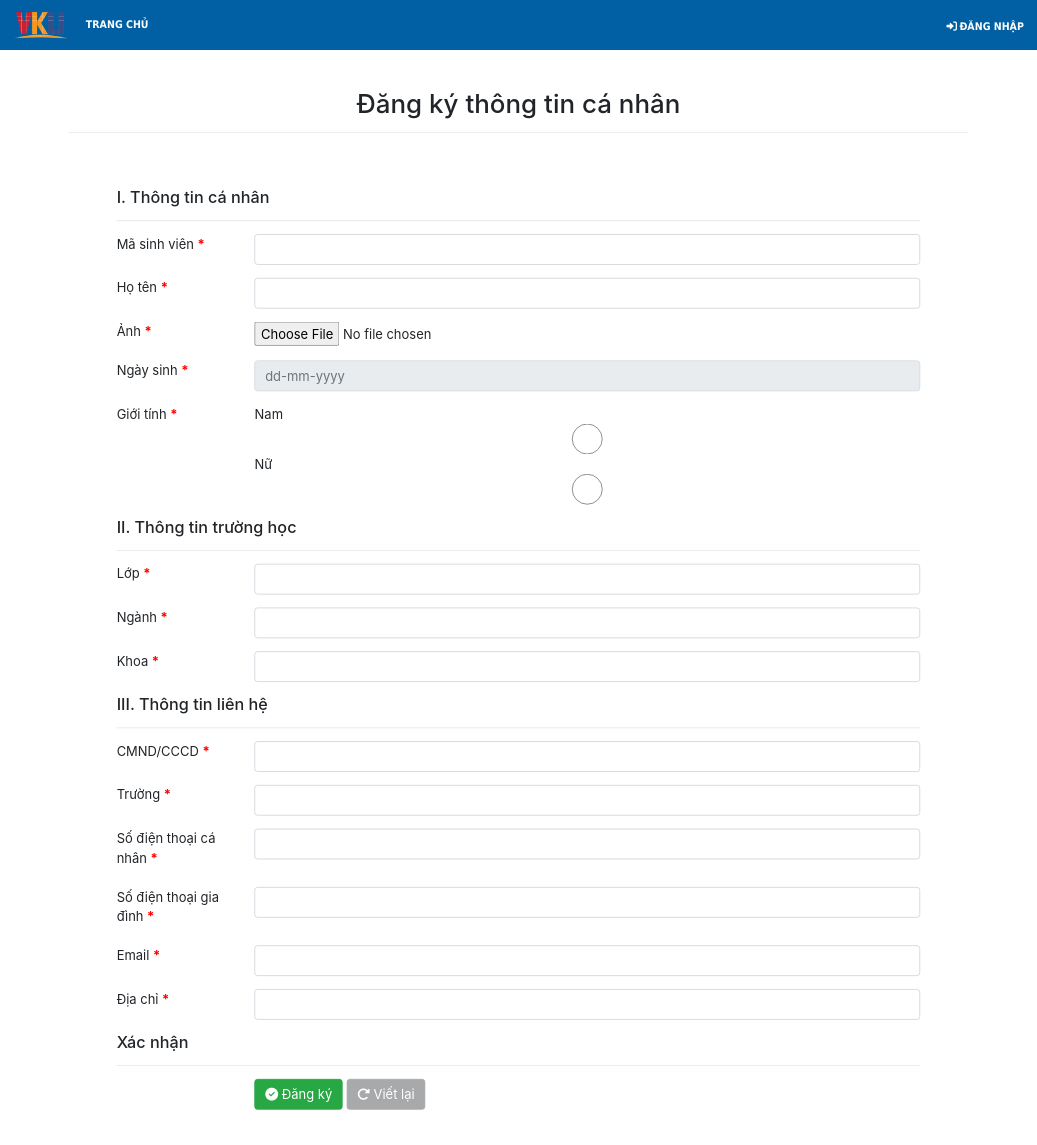
Repository: nguyenmanhtruongdat/javaServletFinalEx
Page: http://localhost/test/register-infor-student.jsp
An editor plug-in stored every save of this project. The page is shown before and after the next save, followed by the edit.
The browser window is 1280 px wide. The pictures show the whole page, at 81% of full size.
Some web libraries are served in a nearby version. The page is served by Tomcat 9. Other server files are loaded and not shown.

Above is the page before, as saved 2022-07-06 14:18:27.

### vku/ktx/test/src/main/webapp/register-infor-student.jsp
<%@ page language="java" contentType="text/html; charset=UTF-8"
	pageEncoding="UTF-8"%>
<%@ taglib prefix="c" uri="http://java.sun.com/jsp/jstl/core"%>
<%@ page contentType="text/html; charset=UTF-8"%>
<!DOCTYPE html>
<html>
<head>
<link rel="stylesheet"
	href="https://stackpath.bootstrapcdn.com/bootstrap/4.3.1/css/bootstrap.min.css" />
<link rel="stylesheet"
	href="https://cdnjs.cloudflare.com/ajax/libs/font-awesome/6.1.1/css/all.min.css" />
<link rel="icon" type="image/x-icon" href="./favicons/favicon.ico">
<link rel="./faviconsapple-touch-icon" sizes="180x180"
	href="./favicons/apple-touch-icon.png">
<link rel="icon" type="image/png" sizes="32x32"
	href="./favicons/favicon-32x32.png">
<link rel="icon" type="image/png" sizes="16x16"
	href="./favicons/favicon-16x16.png">
<link rel="stylesheet" href="css/style.css" />
<title>Đăng ký thông tin cá nhân</title>
<link rel="stylesheet"
	href="https://code.jquery.com/ui/1.12.1/themes/base/jquery-ui.css" />
<style>
.btn-default {
	color: #ffffff;
	background-color: #a7a9aa;
	border-color: #a7a9aa;
}
</style>
<script src="https://code.jquery.com/jquery-1.12.4.js"></script>
<script src="https://code.jquery.com/ui/1.12.1/jquery-ui.js"></script>
<script>
      $(function () {
        $("#datepicker").datepicker({
          dateFormat: "dd/mm/yy",
        });
      });
    </script>
</head>
<body>
	<!-- nav starts  -->

	<nav class="navbar navbar-expand-lg navbar-light sticky-top"
		style="background-color: rgb(1, 95, 163)">
		<a class="navbar-brand" href="index.jsp"><img src="images/vku.png"
			alt="" width="66px" height="35px" /></a>
		<button class="navbar-toggler" type="button" data-toggle="collapse"
			data-target="#navbarColor03" aria-controls="navbarColor03"
			aria-expanded="false" aria-label="Toggle navigation">
			<span class="navbar-toggler-icon"></span>
		</button>

		<div class="collapse navbar-collapse" id="navbarColor03">
			<ul class="navbar-nav mr-auto">
				<li class="nav-item"><a class="nav-link" href="index.jsp">Trang
						chủ</a></li>
				<c:if test="${sessionScope.acc.isUser==1}">
					<li class="nav-item dropdown"><a
						class="nav-link dropdown-toggle" data-toggle="dropdown" href="#"
						role="button" aria-haspopup="true" aria-expanded="false">Đăng
							ký</a>
						<div class="dropdown-menu">
							<a class="dropdown-item" href="register-live.jsp">Đăng ký ở
								nội trú</a> <a class="dropdown-item"
								href="register-infor-student.jsp">Đăng ký thông tin cá nhân</a>
						</div></li>
				</c:if>

				<c:if test="${sessionScope.acc.isAdmin==1}">
					<li class="nav-item dropdown"><a
						class="nav-link dropdown-toggle" data-toggle="dropdown" href="#"
						role="button" aria-haspopup="true" aria-expanded="false">Quản
							lý</a>
						<div class="dropdown-menu">
							<a class="dropdown-item" href="quanlySV">Quản lý sinh viên</a> <a
								class="dropdown-item" href="">Quản lý phòng</a> <a
								class="dropdown-item" href="">Quản lý tài khoản</a>
						</div></li>
				</c:if>

				<c:if test="${sessionScope.acc.isUser==1}">
					<li class="nav-item dropdown"><a
						class="nav-link dropdown-toggle" data-toggle="dropdown" href="#"
						role="button" aria-haspopup="true" aria-expanded="false">Cập
							nhật thông tin</a>
						<div class="dropdown-menu">
							<a class="dropdown-item" href="booktour.jsp">Cập nhật thông
								tin ở nội trụ</a> <a class="dropdown-item" href="bookticket.jsp">Cập
								nhật thông tin các nhân</a>
						</div></li>
				</c:if>

				<c:if test="${sessionScope.acc.isAdmin==1}">
					<li class="nav-item dropdown"><a
						class="nav-link dropdown-toggle" data-toggle="dropdown" href="#"
						role="button" aria-haspopup="true" aria-expanded="false">Thông
							báo</a>
						<div class="dropdown-menu">
							<a class="dropdown-item" href="">Duyệt đăng ký phòng</a> <a
								class="dropdown-item" href="">Liên lạc sinh viên, phụ huynh</a>
							<a class="dropdown-item" href="">Thông báo nộp tiền</a> <a
								class="dropdown-item" href="">Thông báo hết hạn</a>
						</div></li>
				</c:if>

				<c:if test="${sessionScope.acc.isUser==1}">
					<li class="nav-item dropdown"><a
						class="nav-link dropdown-toggle" data-toggle="dropdown" href="#"
						role="button" aria-haspopup="true" aria-expanded="false">Biểu
							mẫu</a>
						<div class="dropdown-menu">
							<a class="dropdown-item" href="booktour.jsp">Đơn đăng ký ở
								nội trú</a> <a class="dropdown-item" href="bookticket.jsp">Hợp
								đồng</a> <a class="dropdown-item" href="bookticket.jsp">Quy định</a>
						</div></li>
				</c:if>

				<c:if test="${sessionScope.acc!=null}">
					<li class="nav-item"><a class="nav-link" href="index.jsp">Xin
							chào ${sessionScope.acc.username} !</a></li>
				</c:if>
			</ul>
			<c:if test="${sessionScope.acc==null}">
				<ul class="nav navbar-nav navbar-right">
					<li><a href="login.jsp"><i
							class="fa-solid fa-right-to-bracket"></i>Đăng nhập</a></li>
				</ul>
			</c:if>
			<c:if test="${sessionScope.acc!=null}">
				<ul class="nav navbar-nav navbar-right">
					<li><a href="logout"><i
							class="fa-solid fa-right-to-bracket"></i>Đăng xuất</a></li>
				</ul>
			</c:if>
		</div>
	</nav>
	<!-- nav end -->

	<div class="center" style="margin: 20 auto; width: 100%">
		<form action="./execSignup" method="post"
			enctype="multipart/form-data">
			<div class="container">
				<div class="text-center mt-5">
					<h2>Đăng ký thông tin cá nhân</h2>
					<hr>
				</div>

				<div class="row">
					<div class="col-lg-12 mx-auto">
						<div class="card mt-2 mx-auto p-4" style="border: none">
							<div class="card-body">
								<div class="container">
									<div class="controls">
										<h5>I. Thông tin cá nhân</h5>
										<hr>
										<div class="row">
											<div class="col-md-2">
												<div class="form-group">
													<label for="masv">Mã sinh viên <span><span>*</span></span>
													</label>
												</div>
											</div>
											<div class="col-md-10">
												<div class="form-group">
													<input type="text" name="masv" class="form-control"
														id="masv" required />
												</div>
											</div>
										</div>
										<div class="row">
											<div class="col-md-2">
												<div class="form-group">
													<label for="hoten">Họ tên <span><span>*</span></span>
													</label>
												</div>
											</div>
											<div class="col-md-10">
												<div class="form-group">
													<input type="text" id="hoten" class="form-control"
														name="hoten" required />
												</div>
											</div>
										</div>
										<div class="row">
											<div class="col-md-2">
												<div class="form-group">
													<label for="img">Ảnh <span><span>*</span></span>
													</label>
												</div>
											</div>
											<div class="col-md-10">
												<div class="form-group">
													<input type="file" id="img" name="img" accept="image/*" />
												</div>
											</div>
										</div>
										<div class="row">
											<div class="col-md-2">
												<div class="form-group">
													<label for="ngaysinh">Ngày sinh <span>*</span>
													</label>
												</div>
											</div>
											<div class="col-md-10">
												<div class="form-group">
													<input type="text" readonly="readonly" name="dob"
														placeholder="dd-mm-yyyy" class="form-control"
														id="datepicker" onclick="datepicker()" />
												</div>
											</div>
										</div>
										<div class="row">
											<div class="col-md-2">
												<div class="form-group">
													<label for="gioitinh">Giới tính <span>*</span>
													</label>
												</div>
											</div>
											<div class="col-md-10">
												<div class="form-group">
														Nam <input type="radio" name="gioitinh" value="1" required="required" class="form-control"
															id="gioitinh">
														Nữ <input type="radio" name="gioitinh" value="0" required="required" class="form-control"
															id="gioitinh">
												</div>
											</div>
										</div>
										<h5>II. Thông tin trường học</h5>
										<hr>
										<div class="row">
											<div class="col-md-2">
												<div class="form-group">
													<label for="lop">Lớp <span>*</span></label>
												</div>
											</div>
											<div class="col-md-10">
												<div class="form-group">
													<input type="text" name="lop" id="lop" class="form-control"
														required="required" />
												</div>
											</div>
										</div>
										<div class="row">
											<div class="col-md-2">
												<div class="form-group">
													<label for="nganh">Ngành <span>*</span></label>
												</div>
											</div>
											<div class="col-md-10">
												<div class="form-group">
													<input type="text" name="nganh" class="form-control"
														id="nganh" required="required" />
												</div>
											</div>
										</div>
										<div class="row">
											<div class="col-md-2">
												<div class="form-group">
													<label for="khoa">Khoa <span>*</span></label>
												</div>
											</div>
											<div class="col-md-10">
												<div class="form-group">
													<input type="text" name="khoa" class="form-control"
														id="khoa" required="required" />
												</div>
											</div>
										</div>
										<h5>III. Thông tin liên hệ</h5>
										<hr>
										<div class="row">
											<div class="col-md-2">
												<div class="form-group">
													<label for="cmnd">CMND/CCCD <span>*</span></label>
												</div>
											</div>
											<div class="col-md-10">
												<div class="form-group">
													<input type="text" name="cmnd" class="form-control"
														id="cmnd" required="required" />
												</div>
											</div>
										</div>
										<div class="row">
											<div class="col-md-2">
												<div class="form-group">
													<label for="truong">Trường <span>*</span></label>
												</div>
											</div>
											<div class="col-md-10">
												<div class="form-group">
													<input type="text" name="truong" class="form-control"
														id="truong" required="required" />
												</div>
											</div>
										</div>
										<div class="row">
											<div class="col-md-2">
												<div class="form-group">
													<label for="sdt">Số điện thoại cá nhân <span>*</span>
													</label>
												</div>
											</div>
											<div class="col-md-10">
												<div class="form-group">
													<input type="text" name="sdtSV" class="form-control"
														id="sdt" required="required" />
												</div>
											</div>
										</div>
										<div class="row">
											<div class="col-md-2">
												<div class="form-group">
													<label for="sdt">Số điện thoại gia đình <span>*</span>
													</label>
												</div>
											</div>
											<div class="col-md-10">
												<div class="form-group">
													<input type="text" name="sdtPH" class="form-control"
														id="sdt" required="required" />
												</div>
											</div>
										</div>
										<div class="row">
											<div class="col-md-2">
												<div class="form-group">
													<label for="email">Email <span>*</span></label>
												</div>
											</div>
											<div class="col-md-10">
												<div class="form-group">
													<input type="email" name="email" class="form-control"
														id="email" required="required" />
												</div>
											</div>
										</div>
										<div class="row">
											<div class="col-md-2">
												<div class="form-group">
													<label for="diachi">Địa chỉ <span>*</span></label>
												</div>
											</div>
											<div class="col-md-10">
												<div class="form-group">
													<input type="text" name="diachi" class="form-control"
														id="diachi" required="required" />
												</div>
											</div>
										</div>
										<h5>Xác nhận</h5>
										<hr>
										<div class="row">
											<div class="col-md-2"></div>
											<div class="col-md-10">
												<button type="submit" class="btn btn-success">
													<i class="fa-solid fa-circle-check"></i> Đăng ký
												</button>
												<button type="reset" class="btn btn-default">
													<i class="fa-solid fa-rotate-right"></i> Viết lại
												</button>
											</div>
										</div>
									</div>
								</div>
							</div>
						</div>
						<!-- /.8 -->
					</div>
					<!-- /.row-->
				</div>
			</div>
		</form>
	</div>
	<script type="text/javascript" src="js/bootstrap.min.js"></script>
</body>
</html>

### vku/ktx/test/src/main/webapp/css/style.css
@import
	url('https://fonts.googleapis.com/css2?family=Permanent+Marker&display=swap')
	;

html {
	scroll-behavior: smooth;
}

.center {
	margin: 0 auto;
	width: 100%;
}

.preloading {
	position: fixed;
	top: 0;
	left: 0;
	width: 100%;
	height: 100%;
	background: #ffffff no-repeat center center !important;
	background-size: 10%;
	z-index: 9999;
	display: flex;
	justify-content: center;
	align-items: center;
}

.divider:after, .divider:before {
	content: "";
	flex: 1;
	height: 1px;
	background: none;
}

p {
	font-size: 20px;
}

input[type=submit] {

}

span {
	color: red !important;
}

span {
	color: red;
	font-weight: bold;
}

.navbar-light .navbar-nav .nav-link, #navbarColor03>ul.nav.navbar-nav.navbar-right>li>a
	{
	color: white;
}

nav ul li a {
	font-family: "bebasneue", Tahoma, Arial, sans-serif !important;
	text-transform: uppercase;
	font-weight: bold;
	font-size: 13px;
}

#navbarColor03>ul.nav.navbar-nav.navbar-right>li>a>i:before {
	padding: 3px
}

#navbarColor03>form {
	width: 130px;
}

#navbarColor03>form>div>a {
	color: white;
}

a:hover {
	text-decoration: none !important;
}

body>div>div>form>div>div:nth-child(4)>a {
	width: 370px;
	height: 29px;
}

.btn:after {
	padding: 5px;
}

.btn-default {
	color: #ffffff;
	background-color: #a7a9aa;
	border-color: #a7a9aa;
}

Loaded but not shown: vku/ktx/test/src/main/webapp/js/bootstrap.min.js (library)

After the next save:
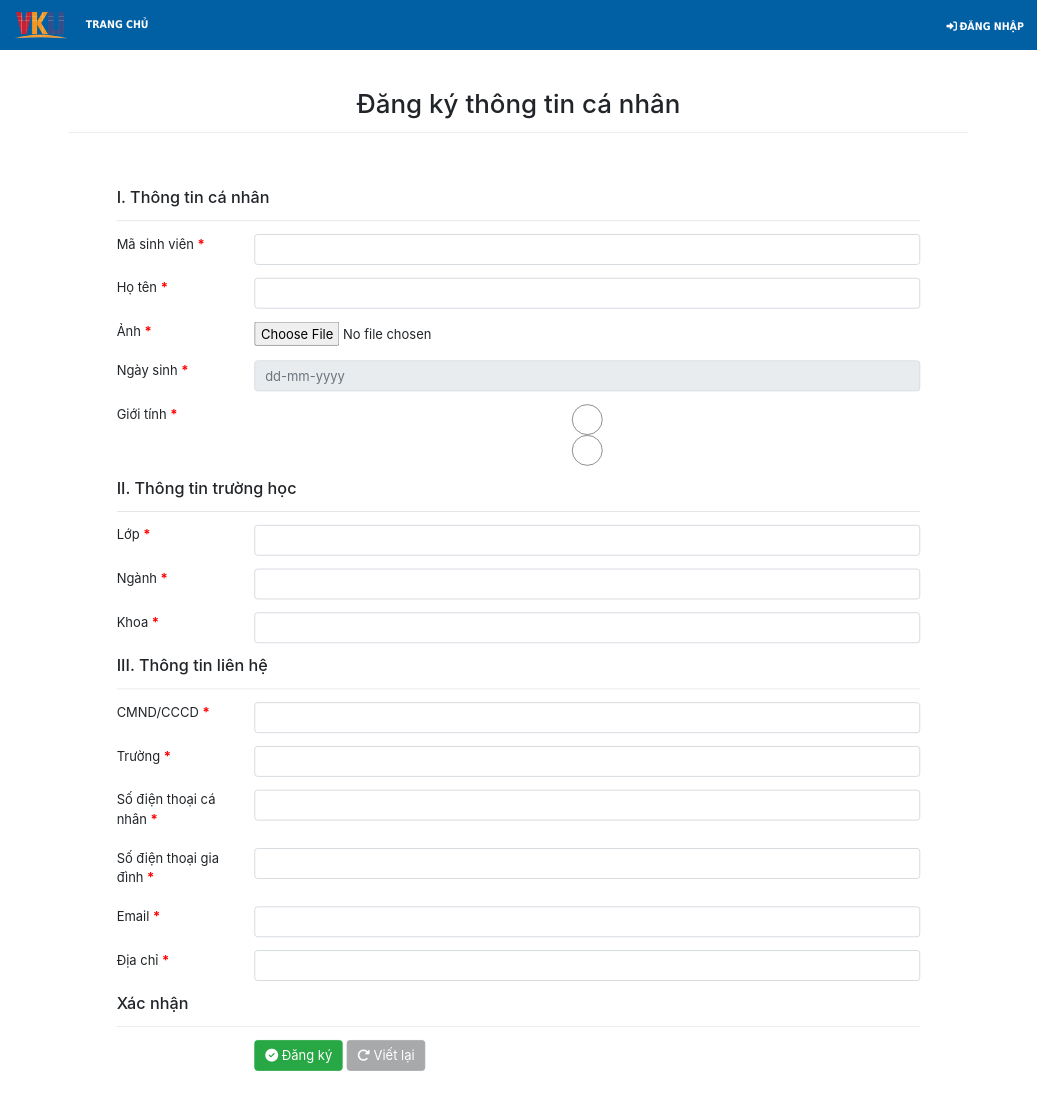
Saved 36 s later.
--- a/vku/ktx/test/src/main/webapp/register-infor-student.jsp
+++ b/vku/ktx/test/src/main/webapp/register-infor-student.jsp
@@ -218,9 +218,9 @@
 											</div>
 											<div class="col-md-10">
 												<div class="form-group">
-														Nam <input type="radio" name="gioitinh" value="1" required="required" class="form-control"
+														<input type="radio" name="gioitinh" value="1" required="required" class="form-control"
 															id="gioitinh">
-														Nữ <input type="radio" name="gioitinh" value="0" required="required" class="form-control"
+														<input type="radio" name="gioitinh" value="0" required="required" class="form-control"
 															id="gioitinh">
 												</div>
 											</div>
